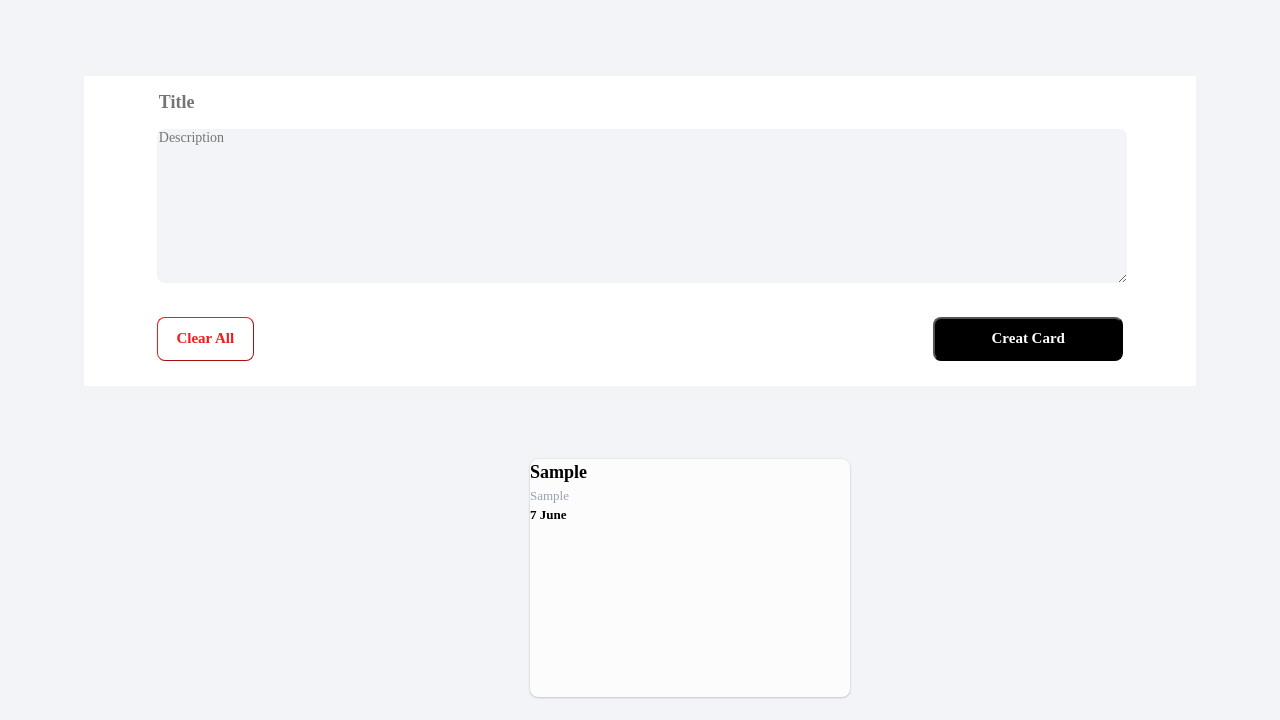
Repository: ReyhanehRahmani/TO-DO
Page: index.html
The author's editor kept a copy of each file at every save. The page is drawn from the files as they stood at one save, then again after the next save.
The browser window is 1280 px wide. The pictures show the whole page.
Empty fields were first filled with sample values (such as "Sample", 5 or name@example.com).
After loading, the first visible `#creatbut` was clicked once.

Above is the page before, as saved 2025-06-08 10:43:48.

After the next save:
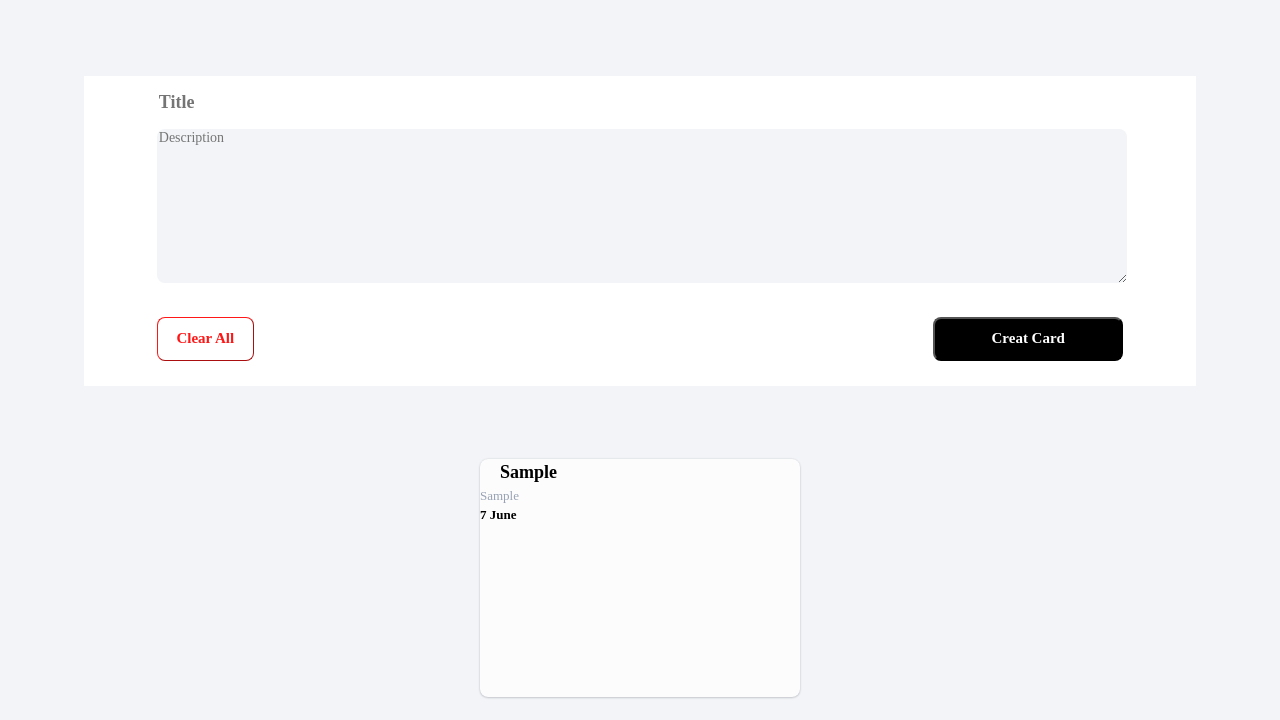
Saved 27 s later.
--- a/style.css
+++ b/style.css
@@ -110,7 +110,6 @@ body{
     background: #FCFCFD;
     box-shadow: 0px 0.5px 2px 0px #1018284D;
     justify-self: center;
-    margin-left: 100px;
 
 }
 
@@ -124,7 +123,7 @@ body{
     font-size: 18px;
     line-height: 150%;
     letter-spacing: -2%;
-
+    margin-left: 6.25%;
 }
 
 .cardDate{
